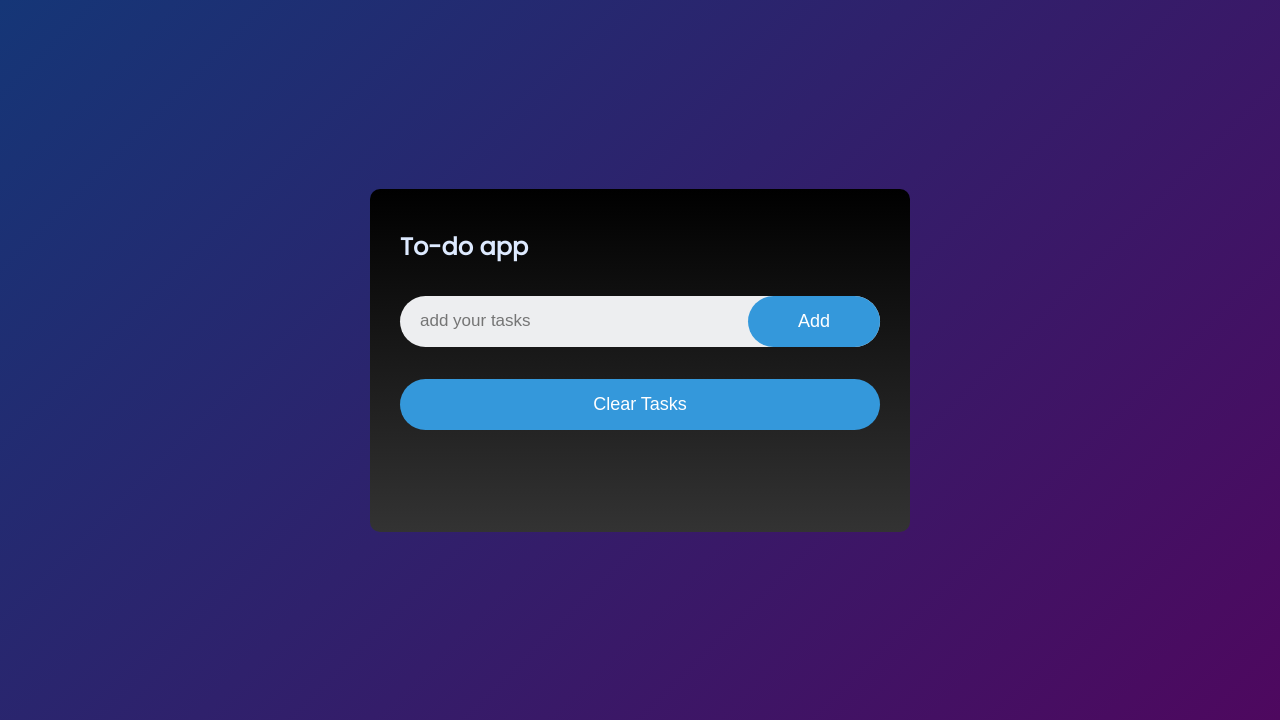
Repository: samoshi/To-do
Page: http://localhost/
These files come from the project's save history. The page is drawn as it stood at one moment and after the next save; the edit follows.
The browser window is 1280 px wide. The pictures show the whole page.
The page is served by the project's application, run on Flask 3 (app/app.py). Queries for data that is not in the repository find no rows.

Above is the page before, as saved 2024-01-14 21:32:36.

### app/templates/index.html
<!DOCTYPE html>
<html lang="en">

<head>
    <meta charset="UTF-8">
    <meta name="viewport" content="width=device-width, initial-scale=1.0">
    <title>To-Do list</title>
    <link rel="stylesheet" href="{{ url_for('static', filename='style.css') }}" />
    <script src="https://code.jquery.com/jquery-3.6.4.min.js"></script>
    <script src="{{ url_for('static', filename='script.js') }}"></script>
</head>

<body>
    <div class="container">
        <div class="todo-app">
            <div class="app-title">
                <h2>To-do app</h2>
                <i class="fa-solid fa-book-bookmark"></i>
            </div>
            <form action="/add_task" method="post">
                <div class="row">
                    <input type="text" name="title" id="input-box" placeholder="add your tasks" required>
                    <button class="add_button">Add</button>
                </div>
            </form>
            <button class="clear_button" onclick="clearTasks()">Clear Tasks</button>
            <ul id="list-container">
                {% for task in task_list %}
                    {% if task.complete == False %}
                            <li class="incomplete" onclick="toggleChecked(this)">
                                <a href="/complete/{{ task.id }}">{{ task.title }}</a>
                            </li>
                    {% else %}
                            <li class="complete" onclick="toggleChecked(this)">
                                <a href="/complete/{{ task.id }}">{{ task.title }}</a>
                            </li>
                        <!-- <a class="remove-task" href="/remove/{{ task.id }}">X</a> -->
                    {% endif %}
                {% endfor %}
            </ul>

        </div>
    </div>
    <script src="{{ url_for('static', filename='script.js') }}"></script>
</body>

</html>

### app/app.py
from flask import Flask, render_template, request, redirect, url_for, jsonify
from flask_sqlalchemy import SQLAlchemy

app = Flask(__name__)

app.config['SQLALCHEMY_DATABASE_URI'] = 'sqlite:///db.sqlite'
app.config['SQLALCHEMY_TRACK_MODIFICATIONS'] = False
db = SQLAlchemy(app)

class Task(db.Model):
    id = db.Column(db.Integer, primary_key=True)
    title = db.Column(db.String(100))
    complete = db.Column(db.Boolean)

# def save_tasks():
#     with open("tasks.json", "w") as file:
#         json.dump(tasks, file)


# # Load tasks from a file
# def load_tasks():
#     try:
#         with open("tasks.json", "r") as file:
#             lines = file.readlines()
#             tasks = []
#             for line in lines:
#                 parts = line.split(":")
#                 if len(parts) == 2:
#                     description, completed_str = parts
#                     completed = eval(completed_str)
#                     tasks.append({"description": description, "completed": completed})
#             return tasks
#     except FileNotFoundError:
#         return []  # Return an empty list if the file doesn't exist
#     except json.decoder.JSONDecodeError:
#         return []  # Return an empty list if there's an issue decoding JSON

# # Initialize tasks
# tasks = load_tasks()

@app.route('/')
def index():
    task_list = Task.query.all()
    return render_template('index.html', task_list=task_list)

@app.route('/add_task', methods=['POST'])
def add_task():
    title = request.form.get("title")
    new_task = Task(title=title, complete=False)
    db.session.add(new_task)
    db.session.commit()
    return redirect(url_for("index"))

@app.route("/update/<int:task_id>")
def update_task(task_id):
    task = Task.query.filter_by(id=task_id).first()
    task.complete = not task.complete
    db.session.commit()
    return redirect(url_for("index"))

@app.route('/complete/<int:task_id>')
def complete_task(task_id):
    task = Task.query.filter_by(id=task_id).first()
    if task:
        task.complete = not task.complete
        db.session.commit()
    return redirect(url_for('index'))

@app.route('/remove/<int:task_id>')
def remove_task(task_id):
    print("Remove task ()")
    task = Task.query.filter_by(id=task_id).first()
    print("Getting task", task_id)
    db.session.delete(task)
    print("deleted task")
    db.session.commit()
    return redirect(url_for('index'))

@app.route('/clear_tasks')
def clear_tasks():
    db.session.query(Task).delete()
    db.session.commit()
    return redirect(url_for('index'))


if __name__ == '__main__':
    db.create_all()
    app.run(host='0.0.0.0', port=5000, debug=True)

### app/static/style.css
@import url('https://fonts.googleapis.com/css2?family=Poppins&display=swap');


*, *:before, *:after{
    margin: 0;
    padding: 0;
    box-sizing: border-box;
}
body{
    font-family: 'Poppins', sans-serif;
}
.container{
    width: 100%;
    min-height: 100vh;
    background: linear-gradient(135deg, #153677, #4e085f);
    padding: 10px;
    display: flex;
    justify-content: center;
    align-items: center;
}
.todo-app{
    width: 100%;
    max-width: 540px;
    background: linear-gradient(to bottom, #000000, #333333);
    padding: 40px 30px 70px;
    border-radius: 10px;
    display: flex;
    flex-direction: column;
    align-items: left;
    gap: 2rem;
}
.app-title{
    display: flex;
    gap: 1rem;
    align-items: center;
}
.app-title h2, .app-title i{
    color: #ddeaff;
}
.app-title i{
    font-size: 26px;
}

.row{
    display: flex;
    align-items: center;
    justify-content: space-between;
    background-color: #edeef0;
    border-radius: 30px;
}
input{
    width: 100%;
    border: none;
    outline: none;
    background-color: transparent;
    padding: 12px;
    font-size: 17px;
    padding-left: 20px;
}
button.clear_button, button.add_button{
    border: none;
    cursor: pointer;
    outline: none;
    padding: 15px 50px;
    border-radius: 30px;
    background-color: #3498db;
    color: #ffffff;
    font-size: 18px;
    transition: all .25s ease;
}
button:hover{
    filter: brightness(.8);
    background-color: #2980b9;
}

@media screen and (max-width: 400px) {
    button {
        padding: 15px;
        border-radius: 0 30px 30px 0;
    }
}

a,
a.remove-task {
    text-decoration: none;
    align-items: center;
    color: #333;
    cursor: pointer;
}

li {
    font-size: 17px;
    margin-top: 5px;
    position: relative;
    transition: background-color 0.2s ease;
    border-radius: 10px;
    list-style-type: none;
    outline: 2px solid #7289da;
}

li a {
    display: block;
    font-size: 17px;
    padding: 12px 8px 12px 50px;
    text-decoration: none;
    color: #ffffff;
    transition: color 0.2s ease;
}

li.incomplete {
    background-color: #2c2f33; /* Red background for incomplete */
}

li.complete {
    background-color: #23272a; /* Green background for complete */
}

li a:hover {
    /* Optional: Add styles for hover effect */
    background-color: #27ae60; /* Slightly darker green hover effect */
    color: #fff; /* White text on hover for better contrast */
}

li.incomplete a:hover {
    /* Optional: Add styles for hover effect */
    background-color: #7289da; /* Lighter green hover effect for complete */
    color: #fff; /* Black text on hover for better contrast */
}

li.complete a:hover {
    /* Optional: Add styles for hover effect */
    background-color: #30363d; /* Lighter green hover effect for complete */
    color: #fff; /* Black text on hover for better contrast */
}

ul li::before {
    position: absolute;
    content: '';
    width: 24px;
    height: 24px;
    font-size: 18px;
    border-radius: 50%;
    left: 0;
    top: 50%;
    transform: translateY(-50%);
    line-height: 24px;
    text-align: center;
    transition: background-color 0.2s ease;
    pointer-events: none;
}

ul li.incomplete::before {
    content: 'X';
    color: #ff5945;
}

ul li.complete::before {
    content: '\2713';
    color: #07700e;
}


button.remove {
    position: absolute;
    right: 0;
    transform: translateY(-50%);
    width: 30px;
    height: 30px;
    border-radius: 50%;
    color: #555;
    font-size: 18px;
    transition: all .2s ease;
}
button.remove:hover{
    background-color: #c9c9c9;
    color: #fff;
}

### app/static/script.js
// // ...

// document.addEventListener("DOMContentLoaded", function () {
//     const inputBox = document.getElementById("input-box");
//     const button = document.querySelector("button");
//     const list = document.getElementById("list-container");

//     list.addEventListener("click", (e) => {
//         if (e.target.tagName === "LI") {
//             e.target.classList.toggle("checked");
//             saveData();
//         } else if (e.target.tagName === "SPAN") {
//             e.target.parentElement.remove();
//             saveData();
//         }
//     });

//     button.addEventListener("click", function () {
//         if (inputBox.value.trim() !== '') {
//             addTask(inputBox.value);
//         } else {
//             alert("Please enter a non-empty task.");
//         }
//     });

//     function addTask(description) {
//         // Make an AJAX request to the Flask server's /add_task route
//         fetch("/add_task", {
//             method: "POST",
//             headers: {
//                 "Content-Type": "application/json",
//             },
//             body: JSON.stringify({ description: description }),
//         })
//             .then(response => response.json())
//             .then(data => console.log(data))
//             .catch(error => console.error("Error:", error));
//     }

//     function showTask() {
//         // Fetch tasks from the Flask server's /tasks route
//         fetch("/tasks")
//             .then(response => response.json())
//             .then(tasks => {
//                 list.innerHTML = ""; // Clear the visible list
//                 tasks.forEach(task => {
//                     let li = document.createElement("li");
//                     li.innerHTML = task.description;
//                     if (task.completed) {
//                         li.classList.add("checked");
//                     }
//                     list.appendChild(li);
//                     let span = document.createElement("span");
//                     span.innerHTML = "x";
//                     li.appendChild(span);
//                 });
//             })
//             .catch(error => console.error("Error:", error));
//     }

//     window.addEventListener("load", showTask);

//     // Clear Tasks function
//     window.clearTasks = function () {
//         localStorage.removeItem("data");
//         list.innerHTML = ""; // Clear the tasks from the visible list
//     };
// });

After the next save:
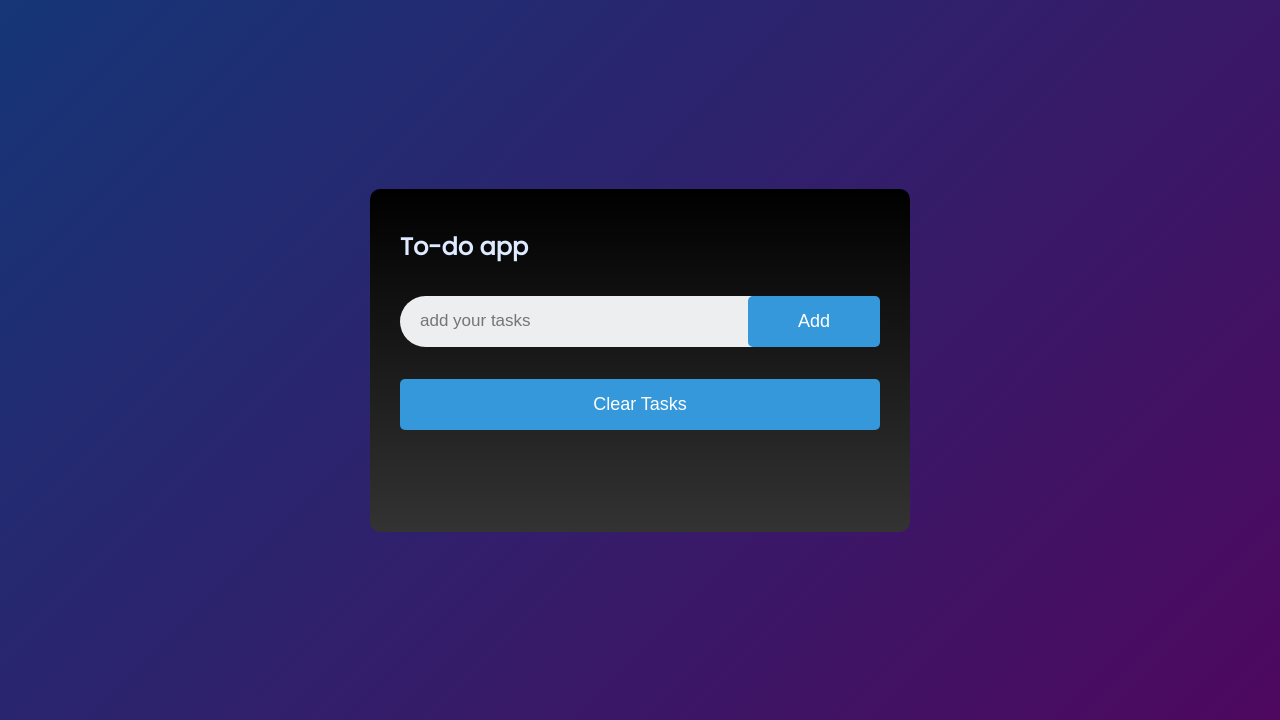
Saved 22 s later.
--- a/app/static/style.css
+++ b/app/static/style.css
@@ -62,7 +62,7 @@ button.clear_button, button.add_button{
     cursor: pointer;
     outline: none;
     padding: 15px 50px;
-    border-radius: 30px;
+    border-radius: 5px;
     background-color: #3498db;
     color: #ffffff;
     font-size: 18px;
